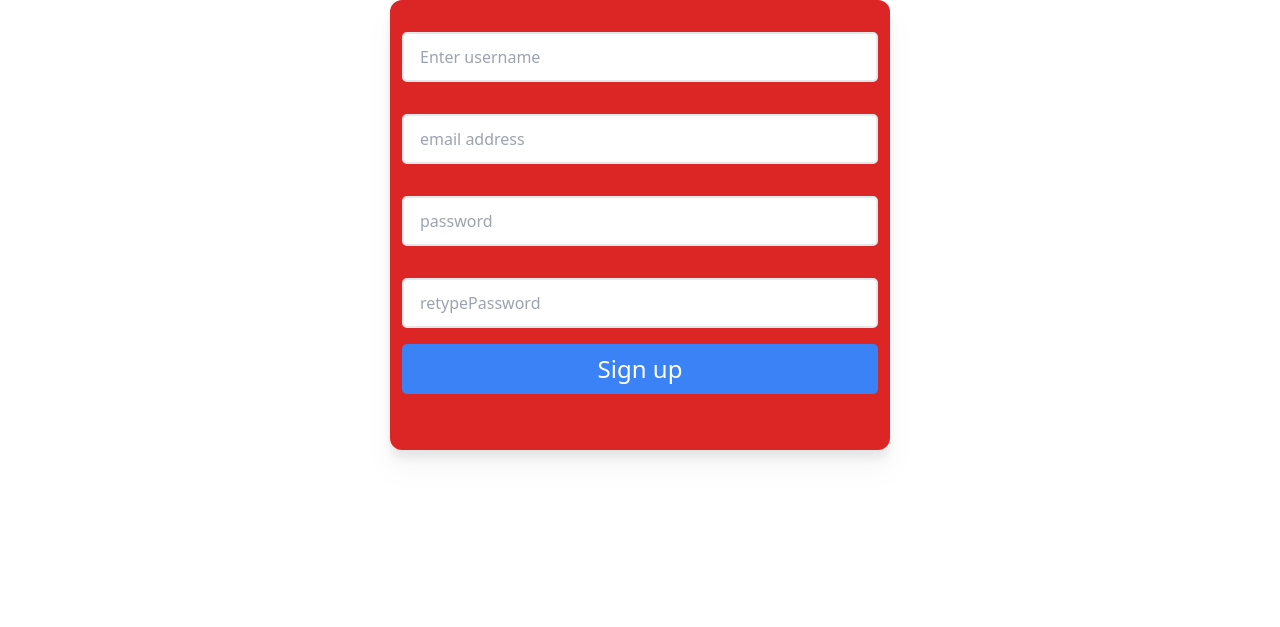
Repository: miraclesamson/e-commerce
Page: /
The author's editor kept a copy of each file at every save. The page is drawn from the files as they stood at one save, then again after the next save.
The browser window is 1280 px wide. The pictures show the whole page.
The page's requests for data from a server got no answer. Some web libraries are served in a nearby version. The project was rebuilt for these pictures with package versions that can differ from the ones it lists, and the page was loaded fresh each time. No one was signed in, and anything a server would have sent is missing.

Above is the page before, as saved 2022-09-04 07:35:32.

After the next save:
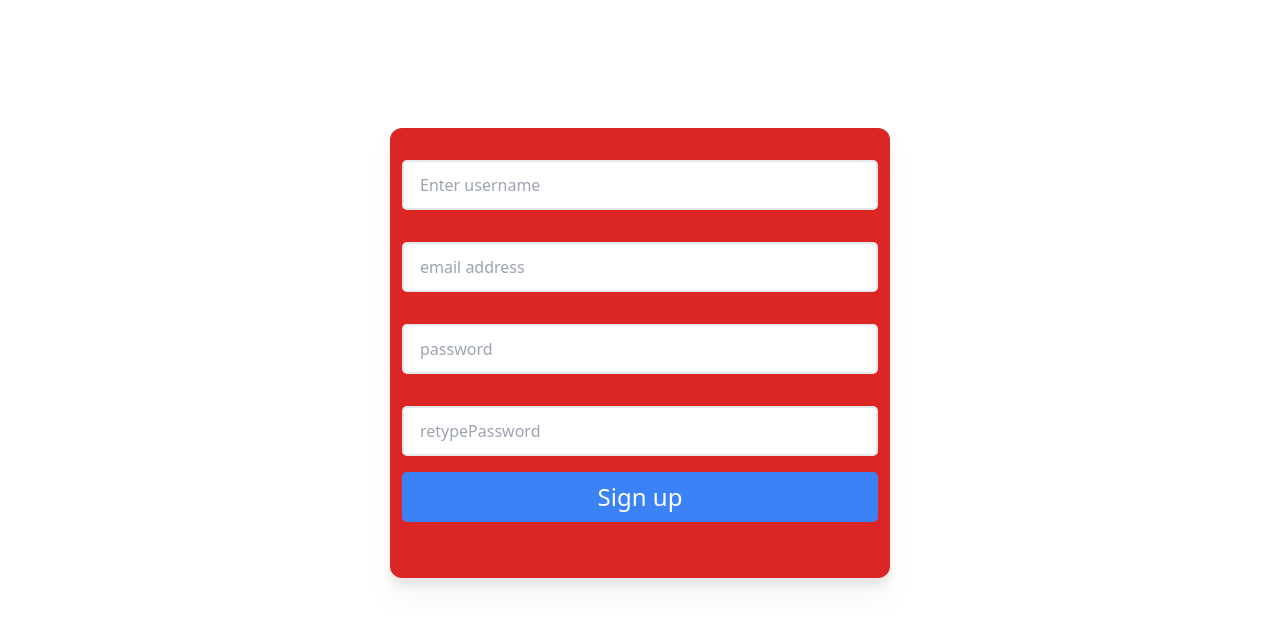
Saved 57 s later.
--- a/src/pages/Signup.jsx
+++ b/src/pages/Signup.jsx
@@ -63,7 +63,7 @@ function Signup() {
   });
 
   return (
-    <div className="flex justify-center items-center">
+    <div className="flex justify-center items-center mt-32">
       <div className="bg-red-600 w-[500px] h-[450px] drop-shadow-xl rounded-xl px-3">
         <form onSubmit={formik.handleSubmit} className="w-full">
           <div className="mb-4 mt-4">
